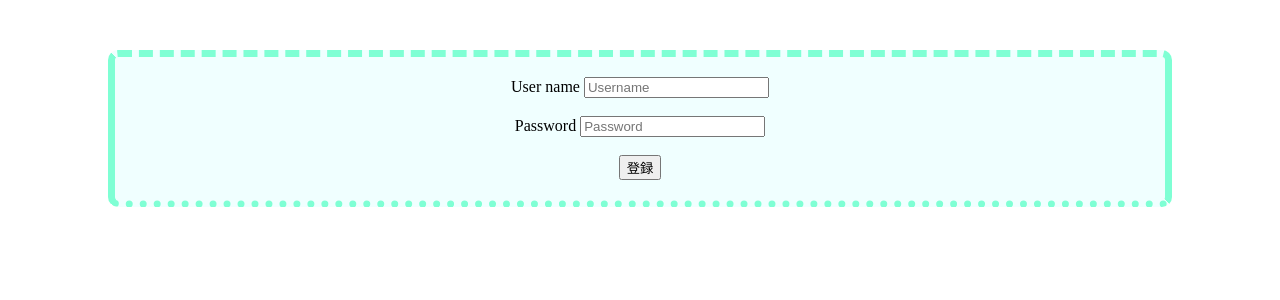
Repository: Jutta197/frontend726
Page: css_ex/login/login.html
An editor plug-in stored every save of this project. The page is shown before and after the next save, followed by the edit.
The browser window is 1280 px wide. The pictures show the whole page.

Above is the page before, as saved 2023-07-31 09:02:24.

### css_ex/login/login.html
<!DOCTYPE html>
<html lang="en">

<head>
    <meta charset="UTF-8">
    <meta name="viewport" content="width=device-width, initial-scale=1.0">
    <title>Document</title>
    <link rel="stylesheet" href="style.css">
</head>

<body>
    <div>
        <form action="" method="post">
            <label for="username">User name</label>
            <input type="text" id="username" name="username" placeholder="Username" required><br><br>
            <label for="password">Password</label>
            <input type="password" id="password" name="password" placeholder="Password"><br><br>
            <input type="submit" value="登録">
        </form>
    </div>

</body>

</html>

### css_ex/login/style.css
div {
    text-align: center;
    border-style: dashed solid dotted;
    border-width: 7px;
    border-color: aquamarine;
    border-radius: 10px;
    padding: 20px 10px;
    background-color: azure;
    margin: 50px 100px;
}

After the next save:
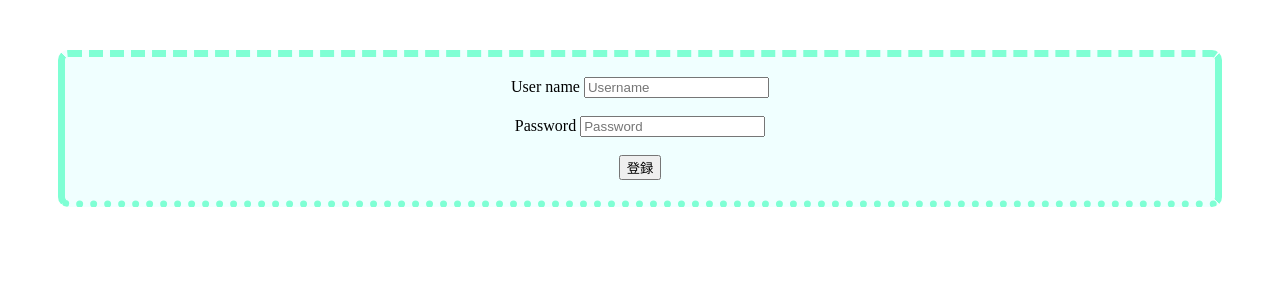
Saved 30 s later.
--- a/css_ex/login/style.css
+++ b/css_ex/login/style.css
@@ -6,5 +6,6 @@ div {
     border-radius: 10px;
     padding: 20px 10px;
     background-color: azure;
-    margin: 50px 100px;
+    margin: 50px 50px;
+    /* width: ; */
 }
